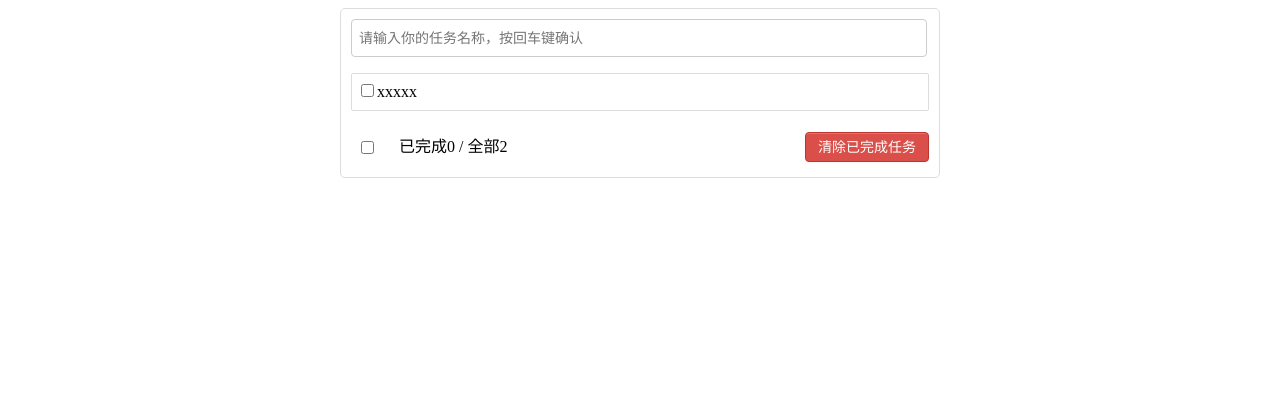
Repository: 1830734817/LabEx1_ReactSimpleWeb
Page: /
An editor plug-in stored every save of this project. The page is shown before and after the next save, followed by the edit.
The browser window is 1280 px wide. The pictures show the whole page.
The project was rebuilt for these pictures with package versions that can differ from the ones it lists, and the page was loaded fresh each time.

Above is the page before, as saved 2022-03-15 20:45:46.

### public/index.html
<!DOCTYPE html>
<html lang="en">
<head>
    <meta charset="UTF-8">
    <link rel="icon" href="%PUBLIC_URL%/favicon.ico" />
    <title>react脚手架</title>
</head>
<body>
    <div id="root">

    </div>
</body>
</html>

### src/index.js
//引入react核心库
import React from 'react'
//引入reactDOM
import ReactDOM from 'react-dom'
//引入App组件
import App from './App'

//渲染App组件到页面
ReactDOM.render(<App/>,document.getElementById('root'));

### src/App.js
import React, { Component } from 'react'
import Header from './components/Header'
import List from './components/List'
import Footer from './components/Footer'
import './App.css'

export default class App extends Component {
  render() {
    return (
        <div className="todo-container">
        <div className="todo-wrap">
          <Header/>
          <List/>
          <Footer/>
        </div>
      </div>
    )
  }
}

### src/components/Header/index.jsx
import React, { Component } from 'react'

export default class Header extends Component {
  render() {
    return (
    <div className="todo-header">
      <input type="text" placeholder="请输入你的任务名称，按回车键确认"/>
    </div>
    )
  }
}

### src/components/List/index.jsx
import React, { Component } from 'react'
import Item from '../Item/Item'

export default class List extends Component {
  render() {
    return (
      <ul className="todo-main">
        <Item/>
      </ul>
    )
  }
}

### src/components/Footer/index.jsx
import React, { Component } from 'react'

export default class footer extends Component {
  render() {
    return (
    <div className="todo-footer">
      <label>
        <input type="checkbox"/>
      </label>
      <span>
        <span>已完成0</span> / 全部2
      </span>
      <button className="btn btn-danger">清除已完成任务</button>
    </div>
    )
  }
}

### src/App.css
/*base*/
body {
    background: #fff;
  }

  .btn {
    display: inline-block;
    padding: 4px 12px;
    margin-bottom: 0;
    font-size: 14px;
    line-height: 20px;
    text-align: center;
    vertical-align: middle;
    cursor: pointer;
    box-shadow: inset 0 1px 0 rgba(255, 255, 255, 0.2), 0 1px 2px rgba(0, 0, 0, 0.05);
    border-radius: 4px;
  }

  .btn-danger {
    color: #fff;
    background-color: #da4f49;
    border: 1px solid #bd362f;
  }

  .btn-danger:hover {
    color: #fff;
    background-color: #bd362f;
  }

  .btn:focus {
    outline: none;
  }

  .todo-container {
    width: 600px;
    margin: 0 auto;
  }
  .todo-container .todo-wrap {
    padding: 10px;
    border: 1px solid #ddd;
    border-radius: 5px;
  }

  /*header*/
  .todo-header input {
    width: 560px;
    height: 28px;
    font-size: 14px;
    border: 1px solid #ccc;
    border-radius: 4px;
    padding: 4px 7px;
  }

  .todo-header input:focus {
    outline: none;
    border-color: rgba(82, 168, 236, 0.8);
    box-shadow: inset 0 1px 1px rgba(0, 0, 0, 0.075), 0 0 8px rgba(82, 168, 236, 0.6);
  }

  /*main*/
  .todo-main {
    margin-left: 0px;
    border: 1px solid #ddd;
    border-radius: 2px;
    padding: 0px;
  }

  .todo-empty {
    height: 40px;
    line-height: 40px;
    border: 1px solid #ddd;
    border-radius: 2px;
    padding-left: 5px;
    margin-top: 10px;
  }
  /*item*/
  li {
    list-style: none;
    height: 36px;
    line-height: 36px;
    padding: 0 5px;
    border-bottom: 1px solid #ddd;
  }

  li label {
    float: left;
    cursor: pointer;
  }

  li label li input {
    vertical-align: middle;
    margin-right: 6px;
    position: relative;
    top: -1px;
  }

  li button {
    float: right;
    display: none;
    margin-top: 3px;
  }

  li:before {
    content: initial;
  }

  li:last-child {
    border-bottom: none;
  }

  /*footer*/
  .todo-footer {
    height: 40px;
    line-height: 40px;
    padding-left: 6px;
    margin-top: 5px;
  }

  .todo-footer label {
    display: inline-block;
    margin-right: 20px;
    cursor: pointer;
  }

  .todo-footer label input {
    position: relative;
    top: -1px;
    vertical-align: middle;
    margin-right: 5px;
  }

  .todo-footer button {
    float: right;
    margin-top: 5px;
  }

### src/components/Item/Item.jsx
import React, { Component } from 'react'

export default class Item extends Component {
  render() {
    return (
    <li>
        <label>
            <input type="checkbox"/>
            <span>xxxxx</span>
        </label>
        <button className="btn btn-danger" style={{display:'none'}}>删除</button>
    </li>
    )
  }
}

After the next save:
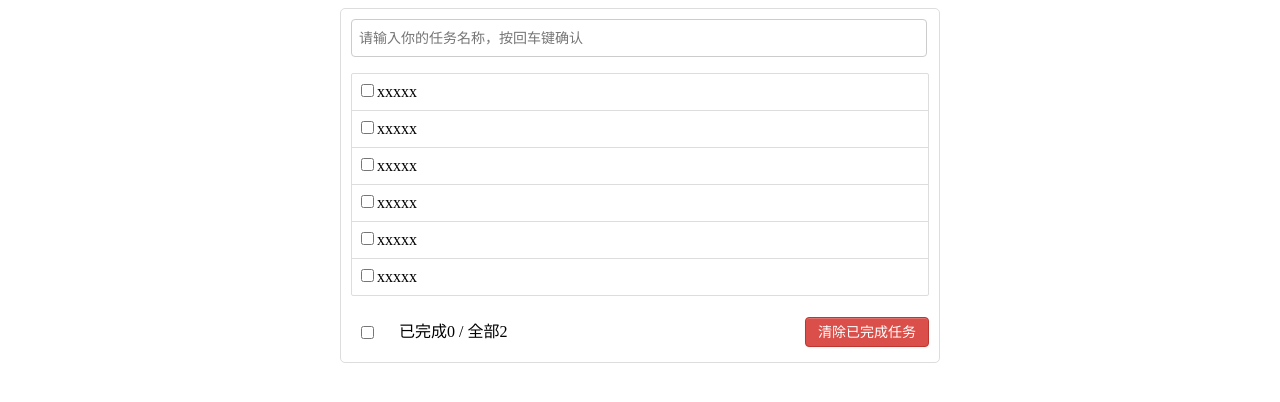
Saved 10 s later.
--- a/src/components/List/index.jsx
+++ b/src/components/List/index.jsx
@@ -6,6 +6,11 @@ export default class List extends Component {
     return (
       <ul className="todo-main">
         <Item/>
+        <Item/>
+        <Item/>
+        <Item/>
+        <Item/>
+        <Item/>
       </ul>
     )
   }
